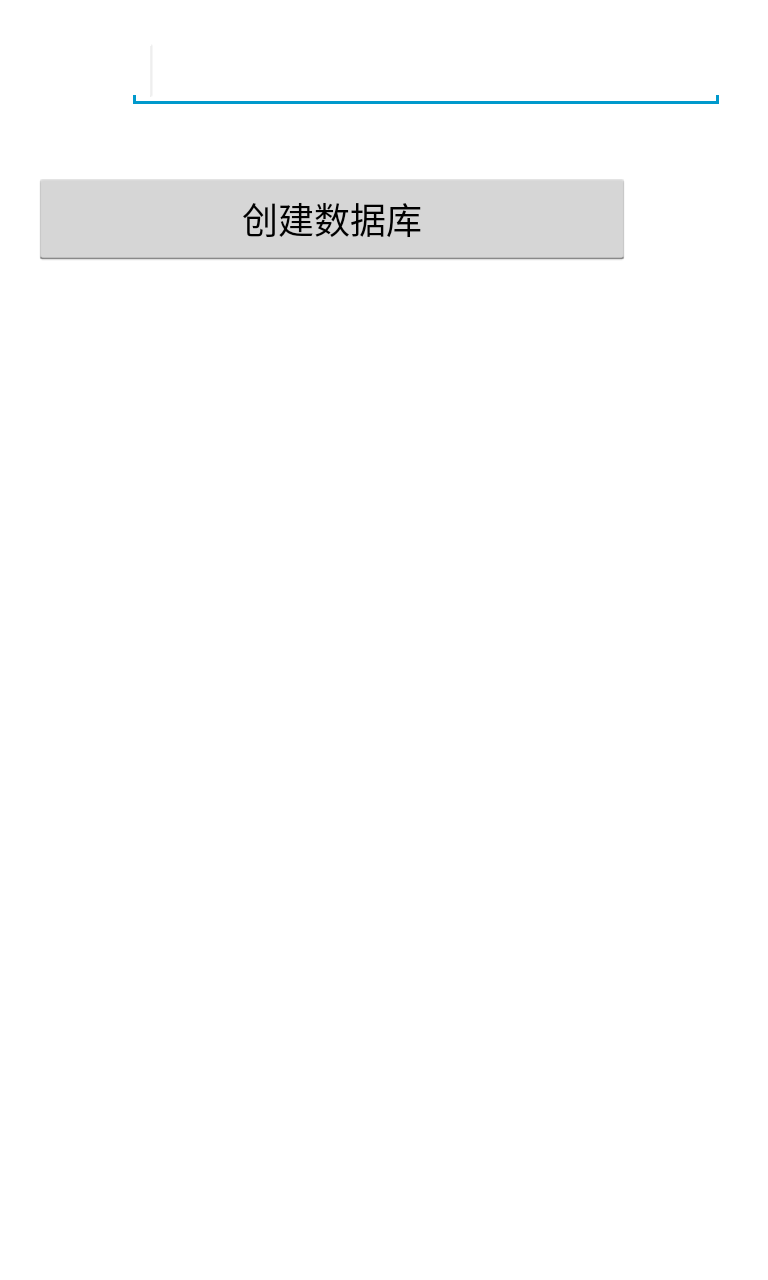
Repository: moetmd/learning-Android
Layout: SQLite/res/layout/activity_main.xml
The author's editor kept a copy of each file at every save. The layout is drawn from the files as they stood at one save, then again after the next save.
It is drawn on a 768 x 1280 px phone screen (xhdpi) without system bars, with theme AppTheme; the app's code is not run.

Above is the layout before, as saved 2014-11-18 08:52:27.

After the next save:
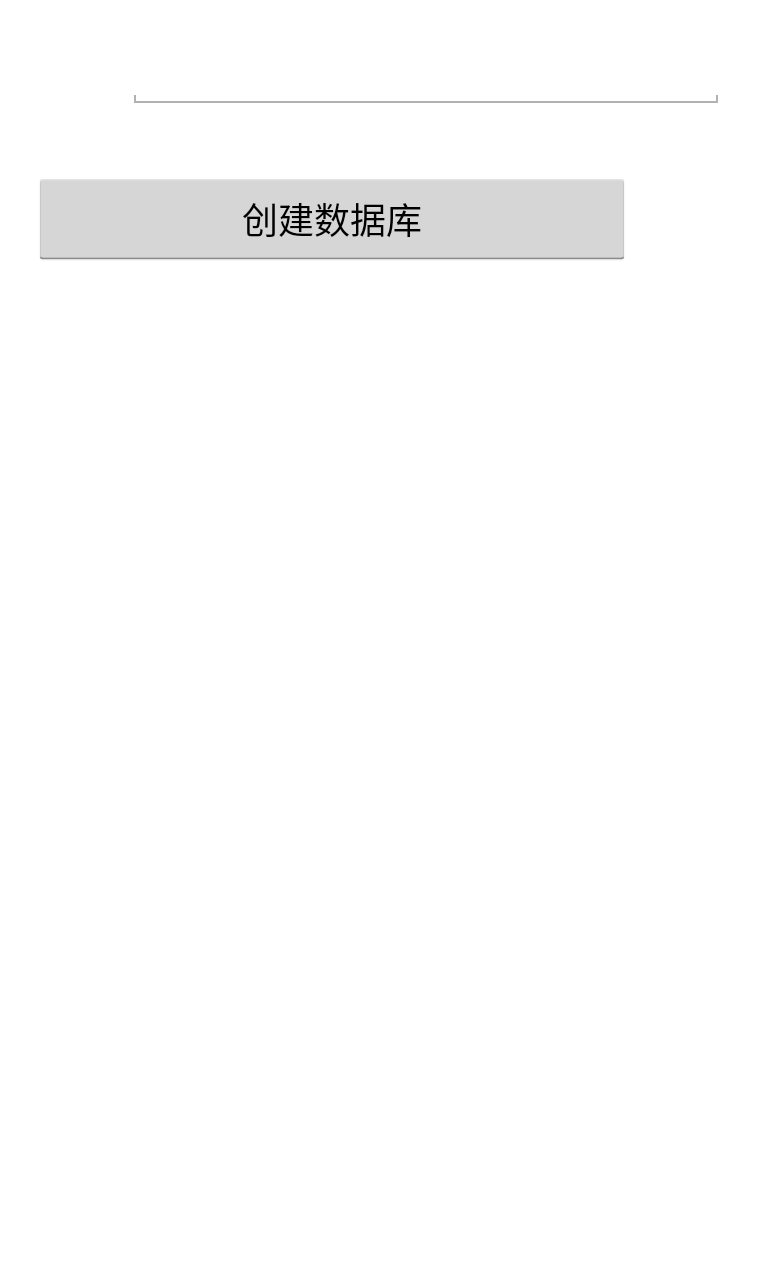
Saved 44 s later.
--- a/SQLite/res/layout/activity_main.xml
+++ b/SQLite/res/layout/activity_main.xml
@@ -12,8 +12,6 @@
         android:id="@+id/linearLayout1"
         android:layout_width="fill_parent"
         android:layout_height="fill_parent"
-        android:layout_alignParentRight="true"
-        android:layout_centerVertical="true"
         android:orientation="vertical" >
 
         <EditText
@@ -21,10 +19,7 @@
             android:layout_width="300dp"
             android:layout_height="wrap_content"
             android:layout_marginLeft="47dp"
-            android:ems="10" >
-
-            <requestFocus />
-        </EditText>
+            android:ems="10" />
 
         <Button
             android:id="@+id/bt_createdb"
@@ -32,6 +27,7 @@
             android:layout_height="wrap_content"
             android:layout_marginTop="30dp"
             android:text="创建数据库" />
+
     </LinearLayout>
 
 </RelativeLayout>
